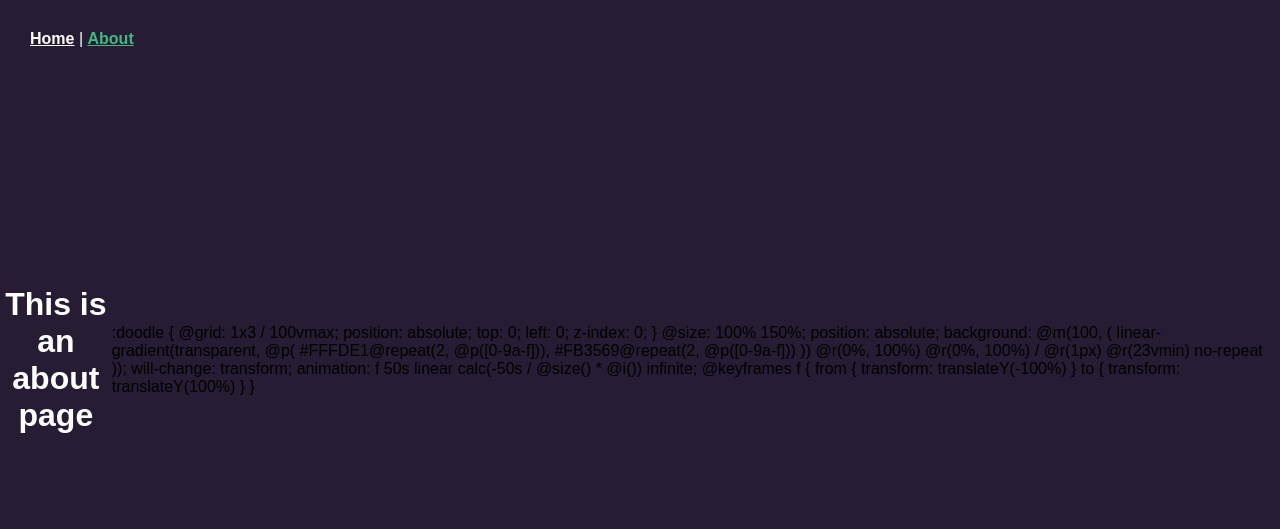
Repository: ahamdy997/portfolio
Page: /about
An editor plug-in stored every save of this project. The page is shown before and after the next save, followed by the edit.
The browser window is 1280 px wide. The pictures show the whole page.
The project was rebuilt for these pictures with package versions that can differ from the ones it lists, and the page was loaded fresh each time. Also part of the build but not shown: vue.config.js, src/components/HelloWorld.vue, src/views/HomeView.vue.

Above is the page before, as saved 2023-11-05 00:08:25.

### public/index.html
<!DOCTYPE html>
<html lang="">
  <head>
    <meta charset="utf-8" />
    <meta http-equiv="X-UA-Compatible" content="IE=edge" />
    <meta name="viewport" content="width=device-width,initial-scale=1.0" />
    <link rel="icon" href="<%= BASE_URL %>favicon.ico" />
    <title><%= htmlWebpackPlugin.options.title %></title>
  </head>
  <body>
    <noscript>
      <strong
        >We're sorry but <%= htmlWebpackPlugin.options.title %> doesn't work
        properly without JavaScript enabled. Please enable it to
        continue.</strong
      >
    </noscript>
    <div id="app"></div>
    <!-- built files will be auto injected -->
    <css-doodle>
      :doodle { @grid: 1x3 / 100vmax; position: absolute; top: 0; left: 0;
      z-index: 0; } @size: 100% 150%; position: absolute; background: @m(100, (
      linear-gradient(transparent, @p( #FFFDE1@repeat(2, @p([0-9a-f])),
      #FB3569@repeat(2, @p([0-9a-f])) )) @r(0%, 100%) @r(0%, 100%) / @r(1px)
      @r(23vmin) no-repeat )); will-change: transform; animation: f 50s linear
      calc(-50s / @size() * @i()) infinite; @keyframes f { from { transform:
      translateY(-100%) } to { transform: translateY(100%) } }
    </css-doodle>
    <style>
      * {
        box-sizing: border-box;
        padding: 0;
        margin: 0;
      }
      body {
        font-family: sans-serif;
        height: 100vh;
        margin: 0;
        background: #261c33;
        overflow: hidden;
        display: flex;
        align-items: center;
        justify-content: center;
      }
    </style>

    <script src="https://unpkg.com/css-doodle@0.6.1/css-doodle.min.js"></script>
  </body>
</html>

### src/App.vue
<template>
  <header>
    <nav>
      <router-link to="/">Home</router-link> |
      <router-link to="/about">About</router-link>
    </nav>
  </header>
  <router-view />
</template>

<style>
#app {
  text-align: center;
  z-index: 1;
  color: white;
}

header {
  text-align: center;
}
nav {
  padding: 30px;
  position: fixed;
  top: 0;
}

nav a {
  font-weight: bold;
  color: #fff;
}

nav a.router-link-exact-active {
  color: #42b983;
}
</style>

Loaded but not shown: src/main.js (common file); src/router/index.js (common file); src/views/AboutView.vue (common file)

After the next save:
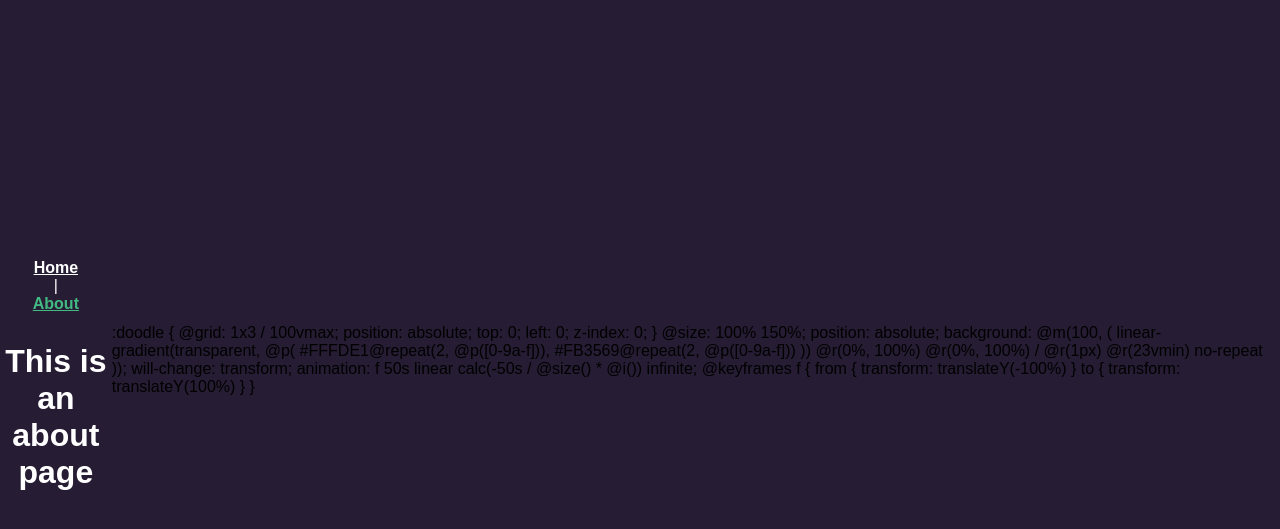
Saved 37 s later.
--- a/src/App.vue
+++ b/src/App.vue
@@ -15,13 +15,9 @@
   color: white;
 }
 
-header {
-  text-align: center;
-}
 nav {
   padding: 30px;
-  position: fixed;
-  top: 0;
+  text-align: center;
 }
 
 nav a {
